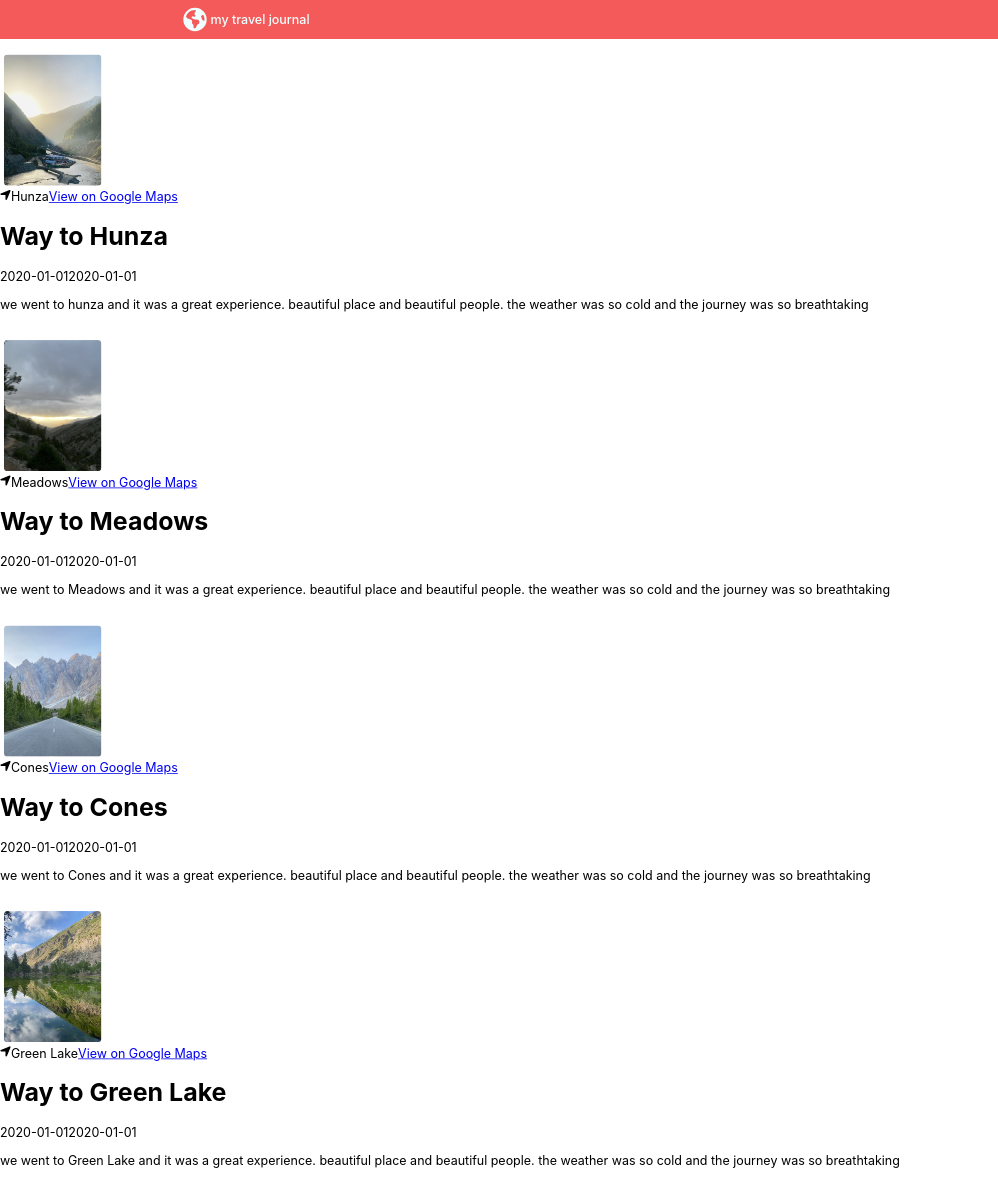
Repository: mortiestmorty1/travel-journal
Page: /
The author's editor kept a copy of each file at every save. The page is drawn from the files as they stood at one save, then again after the next save.
The browser window is 1280 px wide. The pictures show the whole page, at 78% of full size.
The project was rebuilt for these pictures with package versions that can differ from the ones it lists, and the page was loaded fresh each time.

Above is the page before, as saved 2024-01-17 15:06:12.

After the next save:
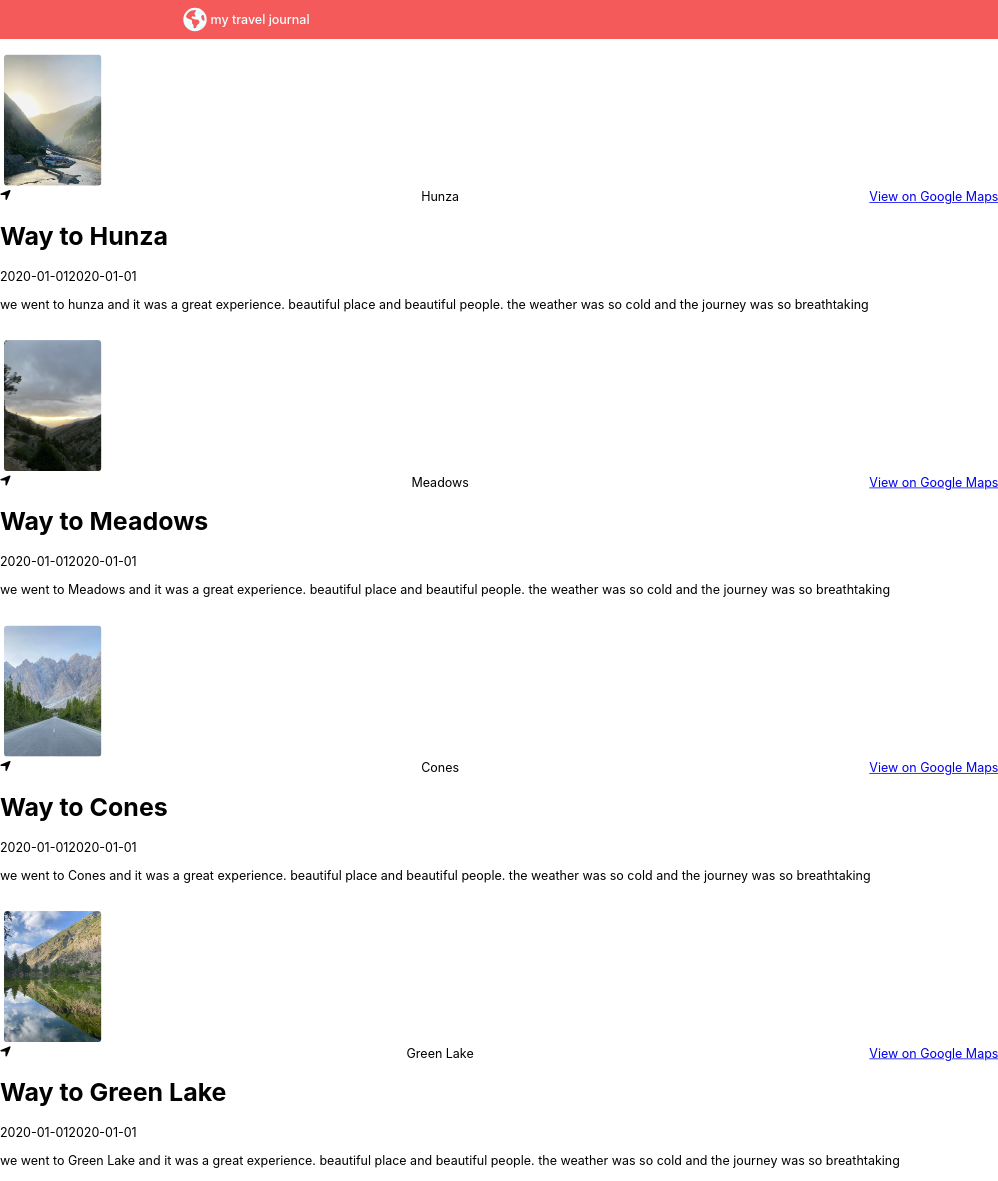
Saved 10 s later.
--- a/src/App.css
+++ b/src/App.css
@@ -38,6 +38,7 @@
 .section1{
   display: flex;
   justify-items: flex-start;
+  justify-content: space-between;
 }
 .Title{
 
